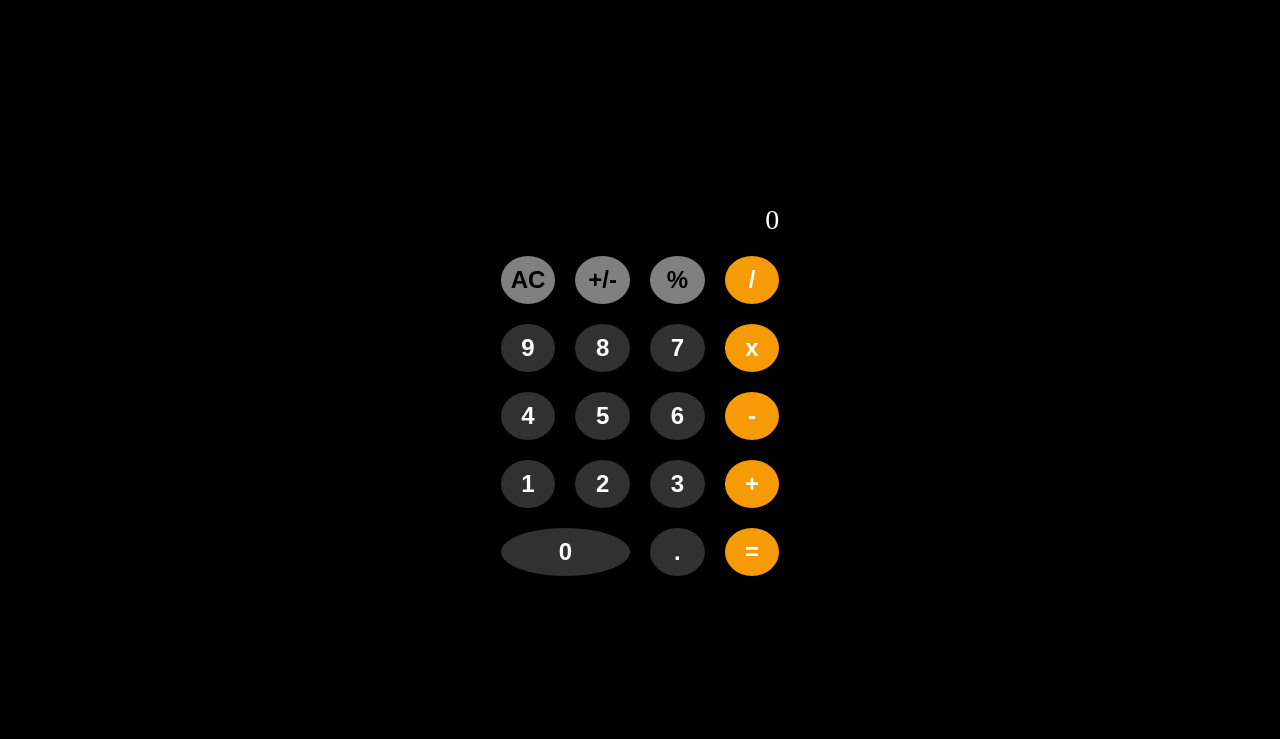
Repository: ble-syn/reactCalculator
Page: /
The author's editor kept a copy of each file at every save. The page is drawn from the files as they stood at one save, then again after the next save.
The browser window is 1280 px wide. The pictures show the whole page.
The project was rebuilt for these pictures with package versions that can differ from the ones it lists, and the page was loaded fresh each time.

Above is the page before, as saved 2022-10-06 13:37:05.

After the next save:
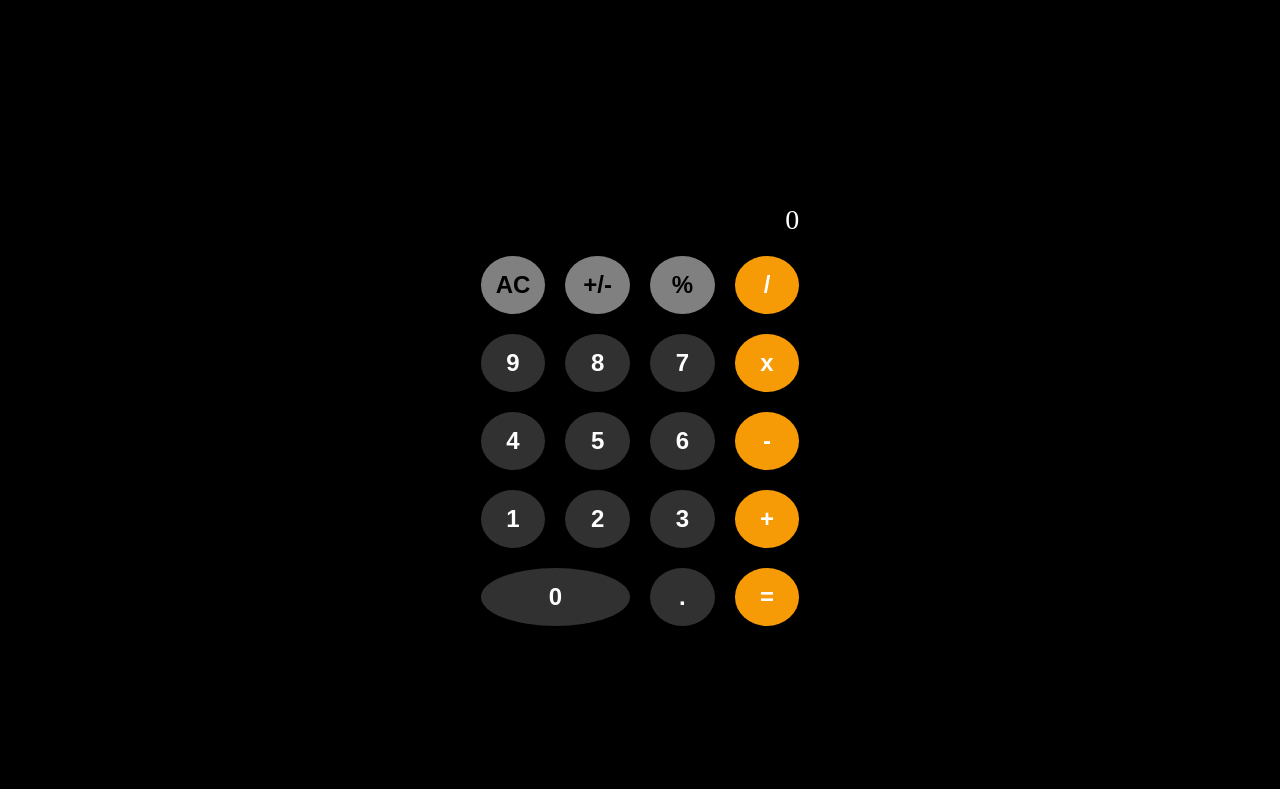
Saved 5 s later.
--- a/src/index.css
+++ b/src/index.css
@@ -33,7 +33,7 @@ body{
   margin: 10px;
 }
 button {
-  padding: 10px;
+  padding: 15px;
   outline: none;
   border-radius: 50%;
   font-weight: 700;
